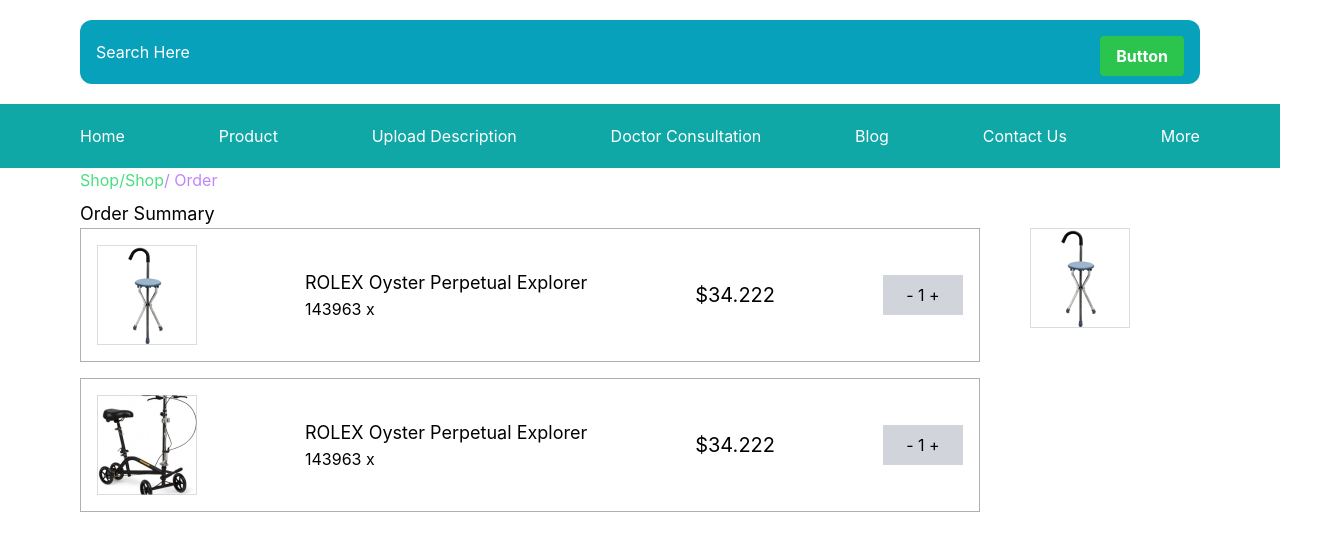
Repository: arafatmollah/pharma
Page: /
The author's editor kept a copy of each file at every save. The page is drawn from the files as they stood at one save, then again after the next save.
The browser window is 1280 px wide. The page is 1330 px wide, so the pictures cover 1330 px, including what lies to the right of the window. The pictures show the whole page.
The project was rebuilt for these pictures with package versions that can differ from the ones it lists, and the page was loaded fresh each time.

Above is the page before, as saved 2023-03-12 21:49:46.

### src/App.js

import './App.css';
import Nav from './Nav';
import Order from './Order';

function App() {
  return (
    <div className="App">
      <Nav></Nav>
      <Order></Order>
    </div>
  );
}

export default App;

### src/App.css
.box-border{
    background-color: #08A1BC;
}
.btn {
    @apply font-bold py-2 px-4 rounded;
    background-color: #2BC44C;
    color: white;
  }
  .btn-blue {
    @apply bg-blue-500 text-white;
  }
  .btn-blue:hover {
    @apply bg-blue-700;
  }
.nav{
    background-color: #0FA8A6;
}
.order{
    border: 1px solid rgb(175, 175, 175);
    border: 100%;
}
.list{
  display: grid;
  grid-template-columns: 900px 300px;
  grid-gap: 50px;
}

### src/Nav.js
import React from 'react'
import './App.css';

function Nav() {
  return (
    <div>
        <div className='box-border h-16 w-100 p-4 mx-20 my-5 rounded-xl'>
          <div className='flex justify-between align-middle'>
                <p className='text-white mt-1'>Search Here</p>
                <button class="btn mb-1"> Button</button>
          </div>
        </div>
        <div className='box-border h-16 w-100 nav'>
            <div className='flex mx-20 items-center justify-between text-white'>
            <div className='mt-5'>Home</div>
            <div className='mt-5'> Product</div>
            <div className='mt-5'>Upload Description</div>
            <div className='mt-5'>Doctor Consultation</div>
            <div className='mt-5'>Blog</div>
            <div className='mt-5'>Contact Us</div>
            <div className='mt-5'>More</div>
            </div>
        </div>
    </div>
  )
}

export default Nav

### src/Order.js
import React from 'react'
import img from './images/img.png'
import im from './images/im.png'

function order() {
  return (
    <div>
        <div className='flex mx-20'>
            <p className='text-green-400'>Shop</p>
            <p className='text-green-400'>/Shop</p>
            <p className='text-purple-400'>/ Order</p>
        </div>
        <div className='mt-2 mx-20'>
          <h3 className='text-lg'>Order Summary</h3>
        </div>
        <div className='mx-20 list'>
          <div>
          <div className='flex border-box p-4 w-100 order justify-center items-center justify-between'>
            <div>
              <img src={img}></img>
            </div>
            <div>
              <h1 className='text-lg'>ROLEX Oyster Perpetual Explorer</h1>
              <p>143963 x</p>
            </div>
            <div>
              <h3 className='text-xl'>$34.222</h3>
            </div>
            <div className='bg-gray-300 h-10 w-20 flex justify-center items-center'>
                - 1 +
              </div>
          </div>
          <div className='flex border-box p-4 order mt-4 justify-between justify-center items-center'>
            <div>
              <img src={im}></img>
            </div>
            <div>
              <h1 className='text-lg'>ROLEX Oyster Perpetual Explorer</h1>
              <p>143963 x</p>
            </div>
            <div>
              <h3 className='text-xl'>$34.222</h3>
            </div>
            <div>
              <div className='bg-gray-300 h-10 w-20 flex justify-center items-center'>
                - 1 +
              </div>
            </div>
          </div>
          </div>
          <div>
          <div>
            <img src={img}></img>
          </div>
        </div>
        </div>

    </div>
  )
}

export default order

Loaded but not shown: public/index.html (common file); src/index.js (common file); src/index.css (common file); src/reportWebVitals.js (common file); tailwind.config.js (common file)

After the next save:
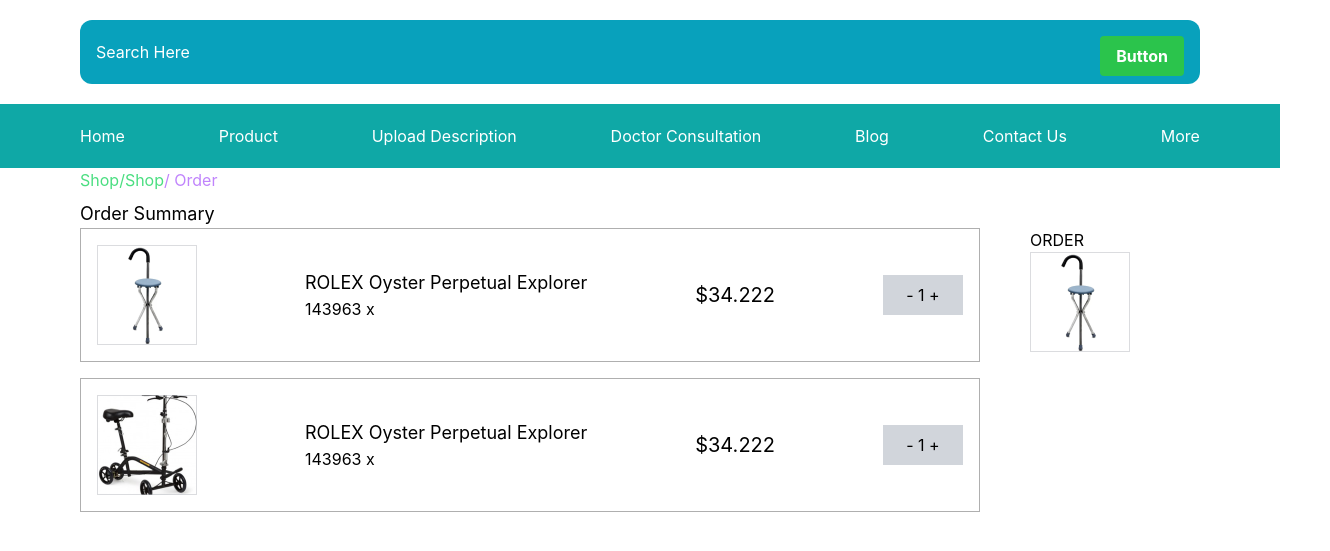
Saved 11 min 58 s later.
--- a/src/Order.js
+++ b/src/Order.js
@@ -49,6 +49,7 @@ function order() {
           </div>
           </div>
           <div>
+            ORDER
           <div>
             <img src={img}></img>
           </div>
